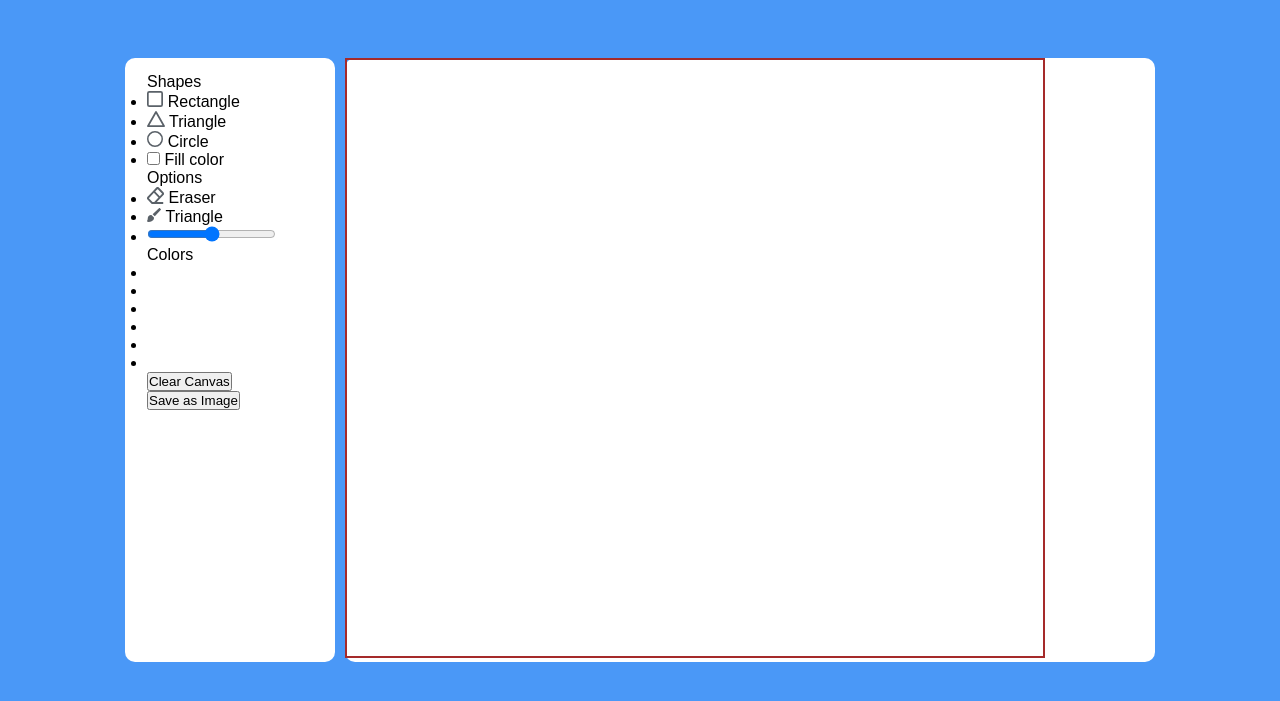
Repository: mdsajib50/Drawing-app
Page: index.html
The author's editor kept a copy of each file at every save. The page is drawn from the files as they stood at one save, then again after a run of saves.
The browser window is 1280 px wide. The pictures show the whole page.

Above is the page before, as saved 2025-02-17 21:44:19.

After the next 4 saves:
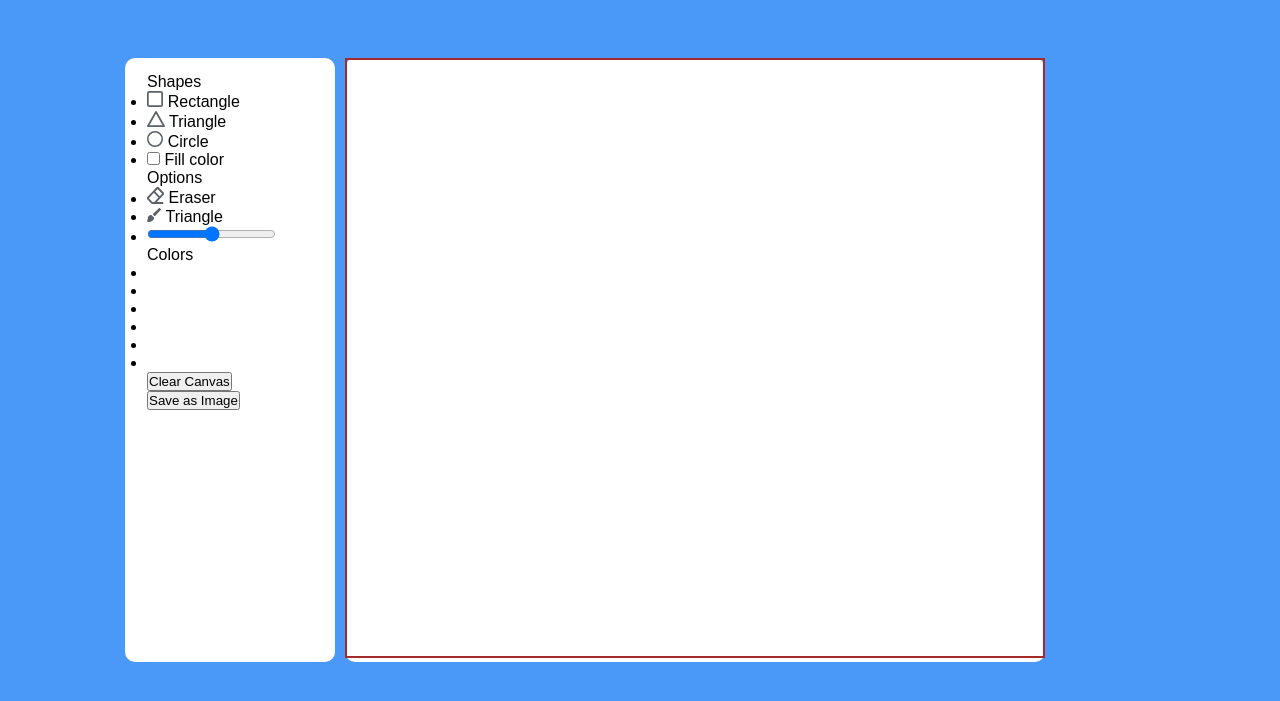
The 4 saves are shown as one change because they came seconds apart.
The last was saved 63 s later.
--- a/style.css
+++ b/style.css
@@ -30,6 +30,7 @@
     padding: 15px 22px 0;
 }
 
+.tools
 .drawing-board{
     flex: 1;
 }

After the 3 saves that followed:
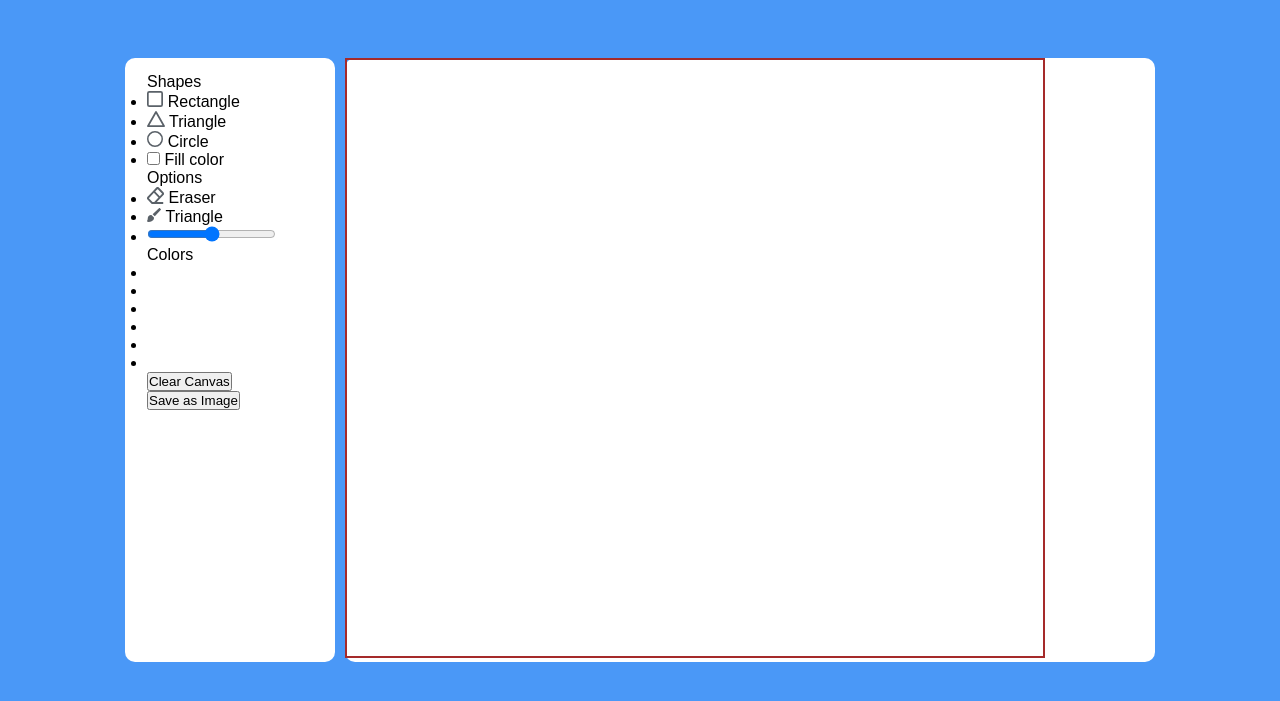
The 3 saves are shown as one change because they came seconds apart.
The last was saved 10 s later.
--- a/style.css
+++ b/style.css
@@ -30,7 +30,9 @@
     padding: 15px 22px 0;
 }
 
-.tools
+.tools .row{
+
+}
 .drawing-board{
     flex: 1;
 }
